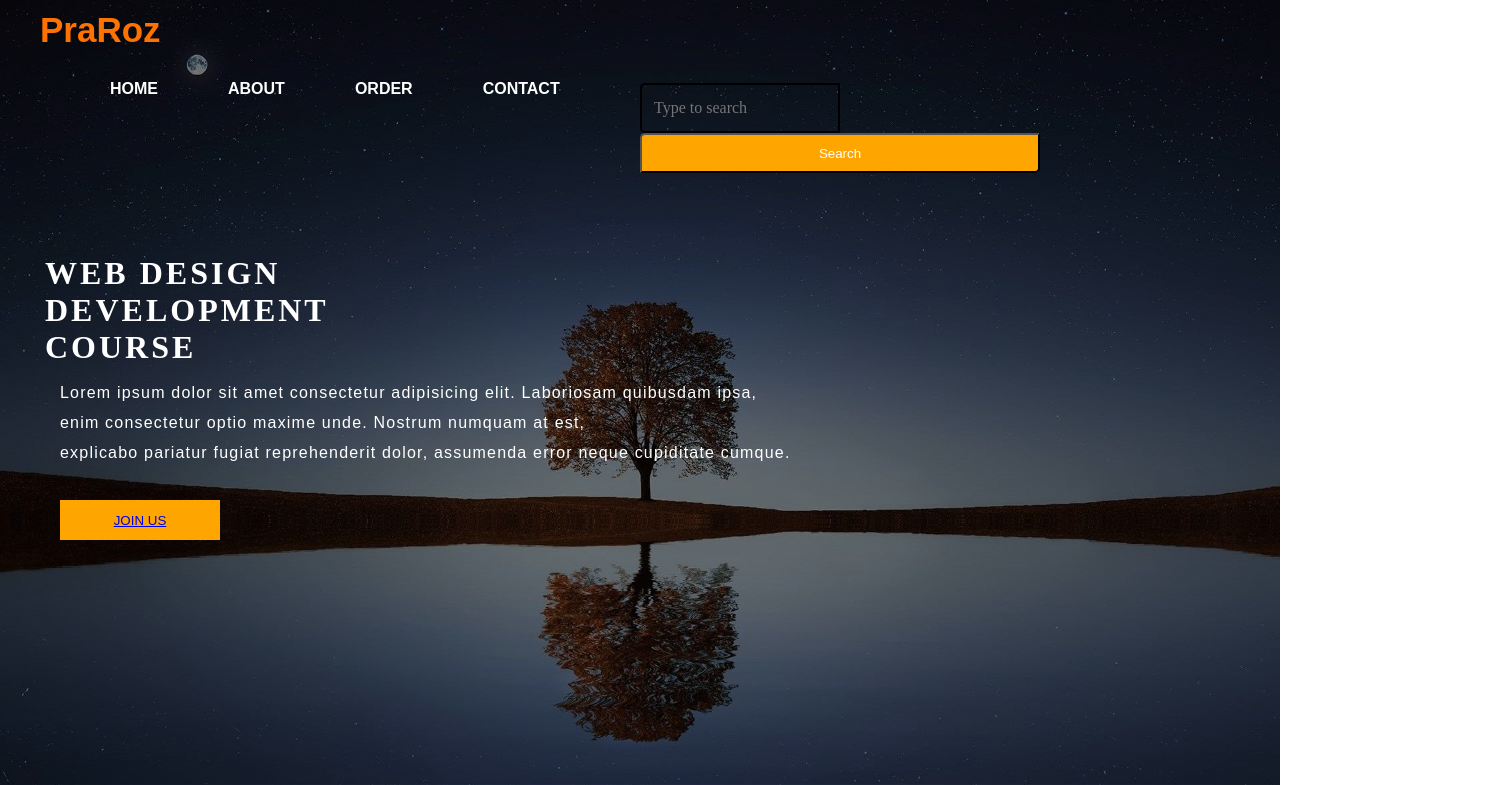
Repository: Cedrqmwesigwa/web-design-course
Page: index.html
An editor plug-in stored every save of this project. The page is shown before and after the next save, followed by the edit.
The browser window is 1280 px wide. The page is 1280 px wide, then 1500 px, so the pictures cover 1500 px, including what lies to the right of the window. The pictures show the whole page.

Above is the page before, as saved 2024-04-03 20:43:01.

### index.html
<!DOCTYPE html>
<html lang="en">
<head>
    <title>Web development html</title>
    <link rel="stylesheet" href="style.css"/>
</head>
<body>
    <div class="main">
        <div class="navbar">

            <div class="icon">
                <h2 class="logo">PraRoz</h2>
            </div>

            <div class="menu">
                <ul>
                    <li><a href="#">HOME</a></li>
                    <li><a href="#">ABOUT</a></li>
                    <li><a href="#">ORDER</a></li>
                    <li><a href="#">CONTACT</a></li>
                </ul>
            </div>

            <div class="search">
                <input type="search" class="srch" name="" placeholder="Type to search">
                <a href="#"><button class="btn">Search</button></a>
            </div>

        </div>

        <div class="content">
            <h1>WEB DESIGN <br>
            <span>DEVELOPMENT</span>
            <br>COURSE</h1>


            <p class="par">Lorem ipsum dolor sit amet consectetur adipisicing elit. Laboriosam quibusdam ipsa,<br>
                enim consectetur optio maxime unde. Nostrum numquam at est,
                <br>explicabo pariatur fugiat reprehenderit dolor, assumenda error neque cupiditate cumque.
            </p>


            <button class="cn">
                <a href="#">JOIN US</a>
            </button>
        </div>
    </div>


</body>
</html>

### style.css
*{
    margin: 0;
    padding: 0;
}

.main{
    width: 100% ;
    background: linear-gradient(to top, rgba(0,0,0,0.5)50%, rgba(0, 0, 0, 0.5)50%), url(1.jpg);
    background-position: center;
    background-size: cover;
    height: 109vh;
}

.navbar{
    width: 1200px;
    height: 75px;
    margin:  auto;
}

.icon{
    width: 200px;
    font: left;
    height: 70px;
}

.logo {
    color: #ff7200;
    font-size: 35px;
    font-family: Arial;
    float: left;
    padding-top: 10px;
}

.menu{
    width: 400px;
    float: left;
    height: 70px;
}

ul{
    float: left;
    display: flex;
    justify-content: center;
    align-items: center;
}

ul li{
    list-style: none;
    margin-left: 70px;
    margin-top: 10px;
    font-size: 16px;
}

ul li a{
    text-decoration: none;
    color: white;
    font-family: Arial;
    font-weight: bold;
    transition: .4 ease-in-out;
}

ul li a:hover{
    color:#ff7200
}

.search{
    width: 400px;
    float: left;
    margin-left: 200px;
}

.srch{
    font-family: "Times New Roman";
    width: 200px;
    height: 50px;
    padding: 3%;
    background: transparent;
    border-top: 5px;
    border-bottom-left-radius: 5px;
    border-top-left-radius: 5px;
    font-size: 16px;
    color: white;
    margin-top:13px;
    border: 2px solid  #000;
}

.btn{
    width:100%;
    height: 40px;
    background: orange;
    color: white;
    border-bottom-right-radius: 5px;
    border-top-left-radius: 5px;
}

.btn:focus{
    outline: none;
}
.srch:focus{
    outline:none;
}

.content{
    width: 1200px;
    height: auto;
    margin: auto;
    color: white;
    position: relative
}
.content .par{
    padding-left: 20px;
    padding-bottom: 20px;
    margin-top: 1%;
    font-family: Arial;
    letter-spacing: 1.2px;
    line-height: 30px;
}

.content h1{
    font-family: 'Times New Roman';
    size: 100px;
    padding-left: 5px;
    margin-top: 15%;
    letter-spacing: 3px;
}

.content .cn{
    width: 160px;
    height: 40px;
    background: orange;
    border: none;
    margin-top: 1%;
    border-right:10px;
    margin-left: 20px;
    cursor: pointer;
    transition: .4s ease;
}

After the next save:
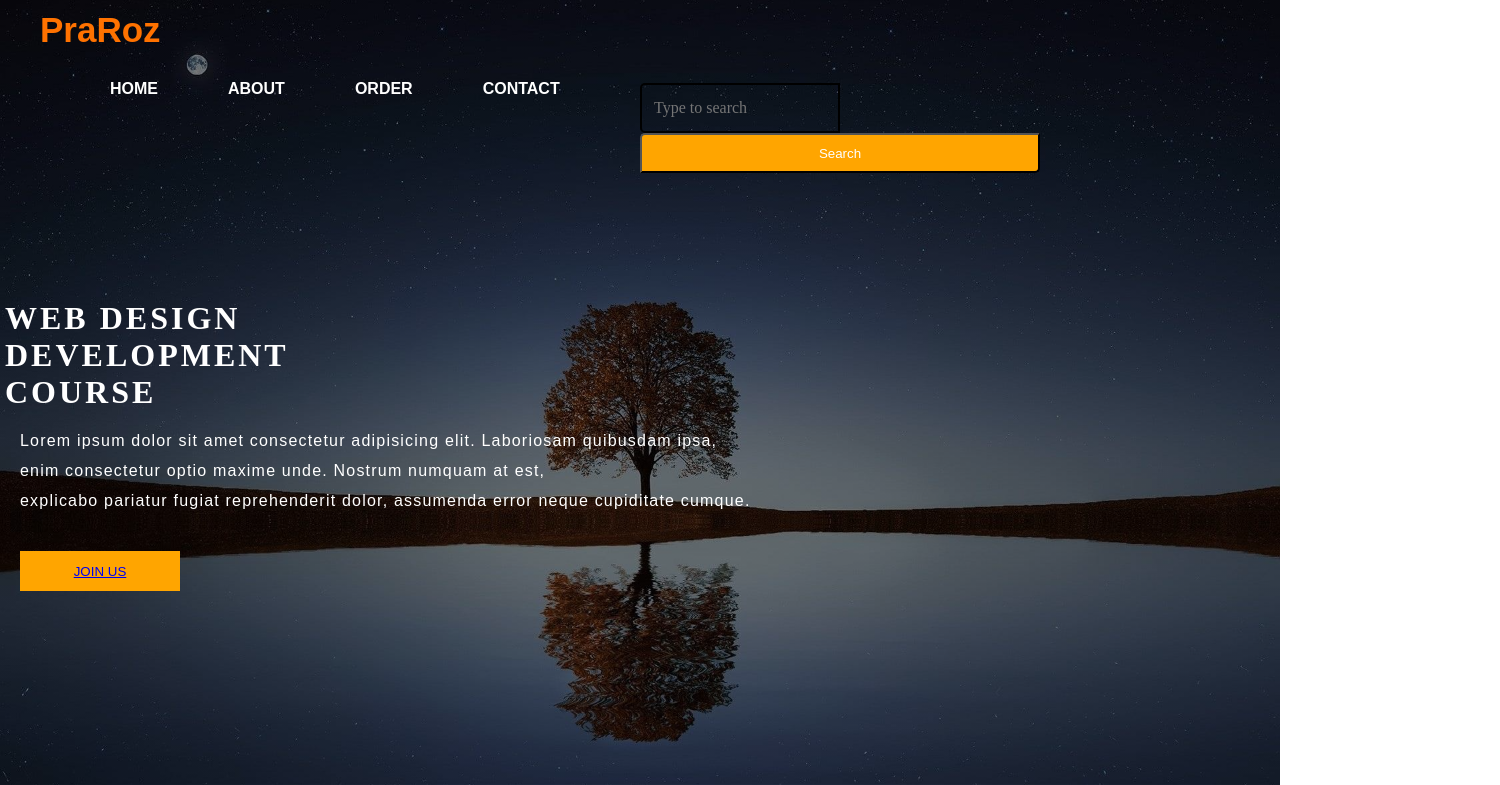
Saved 26 s later.
--- a/style.css
+++ b/style.css
@@ -101,7 +101,7 @@ ul li a:hover{
 }
 
 .content{
-    width: 1200px;
+    width: 1500px;
     height: auto;
     margin: auto;
     color: white;
